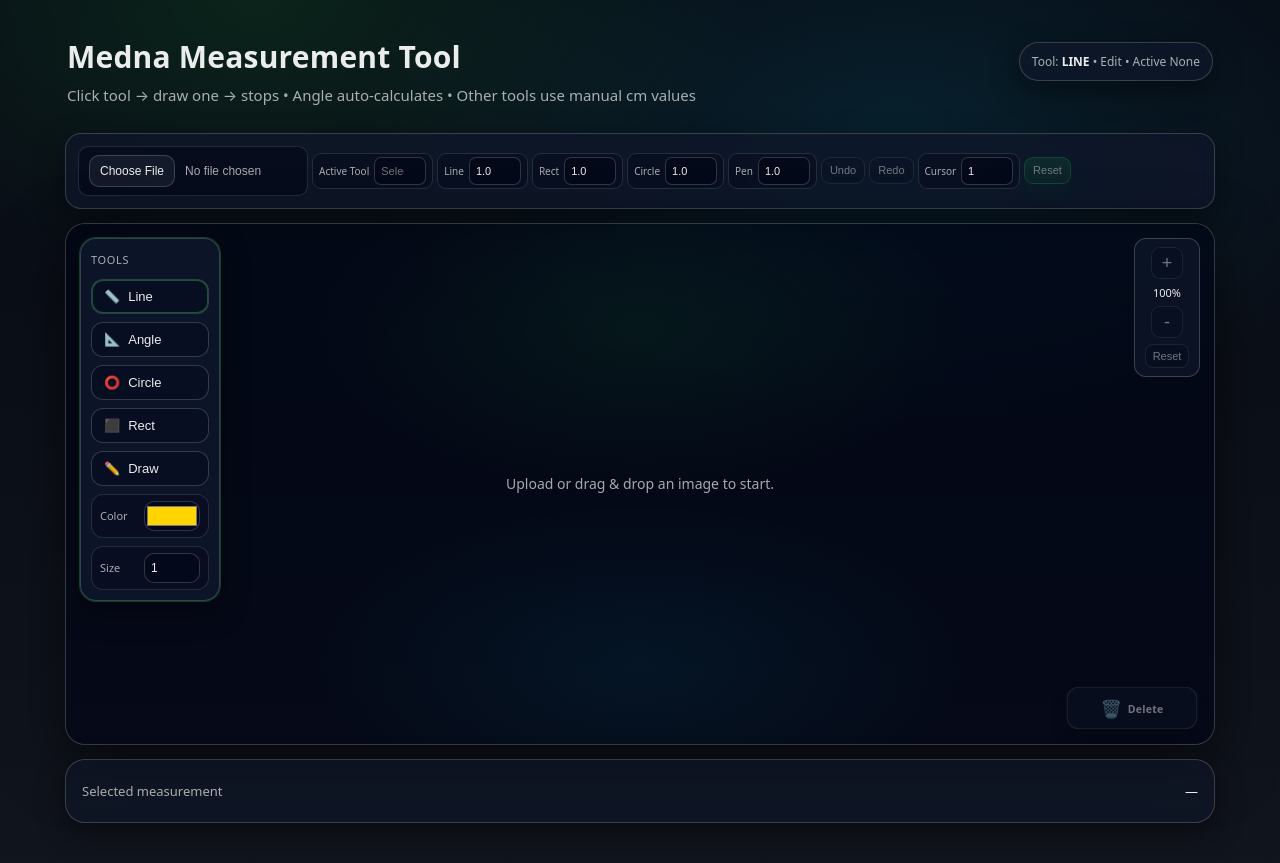
Repository: Sumaiya43/medna-tools
Page: /
An editor plug-in stored every save of this project. The page is shown before and after the next save, followed by the edit.
The browser window is 1280 px wide. The pictures show the whole page.
The project was rebuilt for these pictures with package versions that can differ from the ones it lists, and the page was loaded fresh each time. The framework's server and built-in components were replaced by stand-ins that run in the browser. Also part of the build but not shown: next.config.mjs.

Above is the page before, as saved 2026-02-27 00:56:02.

### src/app/layout.js
import { Geist, Geist_Mono } from "next/font/google";
import "./globals.css";

const geistSans = Geist({
  variable: "--font-geist-sans",
  subsets: ["latin"],
});

const geistMono = Geist_Mono({
  variable: "--font-geist-mono",
  subsets: ["latin"],
});

export const metadata = {
  title: "Medna Medical Equipment",
  description:
    "Medna Medical Equipment is a leading provider of high-quality medical equipment and supplies. We offer a wide range of products to meet the needs of healthcare professionals and institutions. Our commitment to excellence and customer satisfaction sets us apart in the industry.",
};

export default function RootLayout({ children }) {
  return (
    <html lang="en">
      <body className={`${geistSans.variable} ${geistMono.variable}`}>
        {children}
      </body>
    </html>
  );
}

### src/app/globals.css
:root {
  --background: #ffffff;
  --foreground: #171717;
}

@media (prefers-color-scheme: dark) {
  :root {
    --background: #f2efef;
    --foreground: #090808;
  }
}

html,
body {
  max-width: 100vw;
  overflow-x: hidden;
}

body {
  color: var(--foreground);
  background: var(--background);
  font-family: Arial, Helvetica, sans-serif;
  -webkit-font-smoothing: antialiased;
  -moz-osx-font-smoothing: grayscale;
}

* {
  box-sizing: border-box;
  padding: 0;
  margin: 0;
}

a {
  color: inherit;
  text-decoration: none;
}

@media (prefers-color-scheme: dark) {
  html {
    color-scheme: dark;
  }
}

### src/app/page.module.css
/* page.module.css */

:root {
  --bg: #070b14;
  --panel: rgba(15, 23, 42, 0.78);
  --panel2: rgba(15, 23, 42, 0.58);
  --stroke: rgba(255, 255, 255, 0.12);
  --stroke2: rgba(255, 255, 255, 0.18);
  --text: rgba(255, 255, 255, 0.92);
  --muted: rgba(255, 255, 255, 0.65);
  --muted2: rgba(255, 255, 255, 0.5);
  --accent: #2bff5a;
  --accent2: #00d1ff;
  --shadow: 0 18px 60px rgba(0, 0, 0, 0.55);
  --shadow2: 0 10px 30px rgba(0, 0, 0, 0.45);
  --r12: 12px;
  --r16: 16px;
  --r20: 20px;
}

.main {
  min-height: 100vh;
  padding: 28px 18px 40px;
  background:
    radial-gradient(
      900px 500px at 70% 15%,
      rgba(0, 209, 255, 0.1),
      transparent 60%
    ),
    radial-gradient(
      900px 500px at 20% 0%,
      rgba(43, 255, 90, 0.1),
      transparent 55%
    ),
    linear-gradient(180deg, rgba(7, 11, 20, 1), rgba(7, 11, 20, 0.96));
  color: var(--text);
  font-family:
    ui-sans-serif,
    system-ui,
    -apple-system,
    "Segoe UI",
    Roboto,
    Arial,
    "Noto Sans";
}

.header {
  max-width: 1150px;
  margin: 0 auto 18px;
  display: flex;
  align-items: flex-start;
  justify-content: space-between;
  gap: 12px;
  padding: 8px 2px;
}

.title {
  margin: 0;
  font-size: 30px;
  font-weight: 700;
  letter-spacing: 0.2px;
}

.subtitle {
  margin: 8px 0 0;
  font-size: 15px;
  color: var(--muted);
  line-height: 1.45;
}

.badge {
  padding: 10px 12px;
  margin-top: 6px;
  border-radius: 999px;
  background: rgba(15, 23, 42, 0.72);
  border: 1px solid var(--stroke2);
  box-shadow: var(--shadow2);
  font-size: 12px;
  color: var(--muted);
  white-space: nowrap;
}

.badge b {
  color: var(--text);
}

.measureBar {
  max-width: 1150px;
  margin: 0 auto 14px;
  display: grid;
  grid-auto-flow: column;
  grid-auto-columns: max-content;
  gap: 4px;
  align-items: center;
  padding: 12px;
  border-radius: var(--r16);
  background: var(--panel);
  border: 1px solid var(--stroke2);
  box-shadow: var(--shadow2);
  backdrop-filter: blur(8px);
  overflow-x: auto;
  overflow-y: hidden;
  white-space: nowrap;
}

.measureBar > * {
  flex: 0 0 auto;
}

.measureBar .spacer {
  display: none;
}

/* keep upload as-is; compress all other controls in the measure bar */
.measureBar .btnPrimary,
.measureBar .btnGhost {
  padding: 7px 8px;
  border-radius: 9px;
  font-size: 11px;
  gap: 5px;
  white-space: nowrap;
}

.measureBar .label {
  min-width: 0 !important;
  gap: 5px;
  font-size: 10px;
  padding: 3px 6px;
  border-radius: 9px;
  white-space: nowrap;
}

.measureBar .smallInput {
  height: 28px;
  width: 52px;
  padding: 0 6px;
  border-radius: 7px;
  font-size: 11px;
}

.toolRailOverlay {
  position: absolute;
  left: 14px;
  top: 14px;
  z-index: 4;
  border-radius: var(--r16);
  background: rgba(15, 23, 42, 0.86);
  border: 1px solid var(--stroke2);
  box-shadow: var(--shadow2);
  backdrop-filter: blur(8px);
  padding: 10px;
  display: flex;
  flex-direction: column;
  gap: 8px;
  transition: width 0.18s ease;
}

.toolRailExpanded {
  width: 140px;
}

.toolRailCollapsed {
  width: 66px;
}

.toolRailCollapsed .toolBtn {
  justify-content: center;
  padding-left: 0;
  padding-right: 0;
}

.toolRailPinned {
  box-shadow:
    0 0 0 1px rgba(43, 255, 90, 0.25),
    var(--shadow2);
}

.railHeader {
  display: flex;
  align-items: center;
  justify-content: space-between;
  gap: 8px;
}

.railTitle {
  font-size: 11px;
  color: var(--muted);
  text-transform: uppercase;
  letter-spacing: 0.06em;
}

.railActions {
  display: flex;
  gap: 4px;
  opacity: 0;
  transform: translateY(-3px);
  pointer-events: none;
  transition:
    opacity 0.14s ease,
    transform 0.14s ease;
}

.toolRailOverlay:hover .railActions,
.toolRailOverlay:focus-within .railActions {
  opacity: 1;
  transform: translateY(0);
  pointer-events: auto;
}

.railBtn {
  width: 22px;
  height: 22px;
  border-radius: 8px;
  border: 1px solid var(--stroke2);
  background: rgba(2, 6, 23, 0.55);
  color: var(--text);
  font-size: 11px;
  cursor: pointer;
}

.railBtnActive {
  border-color: rgba(43, 255, 90, 0.6);
  background: rgba(43, 255, 90, 0.14);
}

.railBtnDanger {
  border-color: rgba(239, 68, 68, 0.6);
  background: rgba(127, 29, 29, 0.45);
  color: rgba(255, 226, 226, 0.98);
}

.railBtnDanger:hover {
  background: rgba(239, 68, 68, 0.24);
  border-color: rgba(248, 113, 113, 0.9);
}

.railExpandBtn {
  transition: transform 0.16s ease;
}

.railExpandOpen {
  transform: rotate(90deg);
}

.railShowBtn {
  position: absolute;
  top: 14px;
  left: 14px;
  z-index: 4;
  border-radius: 10px;
  border: 1px solid var(--stroke2);
  background: rgba(15, 23, 42, 0.84);
  color: var(--text);
  font-size: 12px;
  padding: 8px 10px;
  cursor: pointer;
}

.toolRailOverlay .label {
  width: 100%;
  justify-content: space-between;
  font-size: 11px;
  gap: 6px;
  padding: 6px 8px;
}

.toolRailOverlay .smallInput {
  min-width: 56px;
  width: 56px;
  height: 30px;
  padding: 0 6px;
  font-size: 12px;
}

.toolBtn {
  width: 100%;
  justify-content: flex-start;
}

.toolBtnActive {
  border-color: rgba(43, 255, 90, 0.65);
  background: rgba(43, 255, 90, 0.14);
  box-shadow: inset 0 0 0 1px rgba(43, 255, 90, 0.3);
}

.upload {
  max-width: 230px;
  color: var(--muted);
  font-size: 12px;
  padding: 8px 10px;
  border-radius: 10px;
  background: rgba(2, 6, 23, 0.55);
  border: 1px solid var(--stroke);
  outline: none;
}

.upload::file-selector-button {
  border: 1px solid var(--stroke2);
  background: rgba(255, 255, 255, 0.06);
  color: var(--text);
  padding: 8px 10px;
  border-radius: 10px;
  margin-right: 10px;
  cursor: pointer;
  transition:
    transform 0.12s ease,
    background 0.12s ease,
    border-color 0.12s ease;
}

.upload::file-selector-button:hover {
  background: rgba(255, 255, 255, 0.1);
  border-color: rgba(255, 255, 255, 0.25);
  transform: translateY(-1px);
}

.spacer {
  flex: 1;
}

.btnPrimary,
.btnGhost {
  border-radius: 12px;
  padding: 10px 12px;
  font-size: 13px;
  cursor: pointer;
  user-select: none;
  transition:
    transform 0.12s ease,
    background 0.12s ease,
    border-color 0.12s ease,
    box-shadow 0.12s ease;
  display: inline-flex;
  align-items: center;
  gap: 8px;
  line-height: 1;
  white-space: nowrap;
}

.btnPrimary {
  border: 1px solid rgba(43, 255, 90, 0.35);
  background: linear-gradient(
    180deg,
    rgba(43, 255, 90, 0.2),
    rgba(43, 255, 90, 0.1)
  );
  color: var(--text);
  box-shadow: 0 10px 28px rgba(43, 255, 90, 0.1);
}

.btnPrimary:hover {
  transform: translateY(-1px);
  border-color: rgba(43, 255, 90, 0.55);
  box-shadow: 0 14px 34px rgba(43, 255, 90, 0.16);
}

.btnGhost {
  border: 1px solid var(--stroke2);
  background: rgba(2, 6, 23, 0.35);
  color: var(--text);
}

.btnGhost:hover {
  transform: translateY(-1px);
  background: rgba(255, 255, 255, 0.06);
  border-color: rgba(255, 255, 255, 0.28);
}

.btnPrimary:disabled,
.btnGhost:disabled {
  opacity: 0.45;
  cursor: not-allowed;
  transform: none;
}

.label {
  display: inline-flex;
  min-width: 0 !important;
  align-items: center;
  gap: 8px;
  font-size: 12px;
  color: var(--muted);
  padding: 6px 10px;
  border-radius: 12px;
  background: rgba(2, 6, 23, 0.32);
  border: 1px solid var(--stroke);
}

.smallInput {
  height: 34px;
  padding: 0 10px;
  border-radius: 10px;
  border: 1px solid var(--stroke2);
  background: rgba(2, 6, 23, 0.55);
  color: var(--text);
  outline: none;
  font-size: 13px;
}

.smallInput:focus {
  border-color: rgba(43, 255, 90, 0.45);
  box-shadow: 0 0 0 4px rgba(43, 255, 90, 0.08);
}

.smallInput[type="color"] {
  padding: 0;
  width: 44px;
  /* min-width: 44px; */
}

.label input[type="checkbox"] {
  width: 18px;
  height: 18px;
  accent-color: var(--accent);
}

.canvasShell {
  max-width: 1150px;
  margin: 0 auto 14px;
  border-radius: var(--r20);
  overflow: hidden;
  border: 1px solid var(--stroke2);
  background: rgba(2, 6, 23, 0.35);
  box-shadow: var(--shadow);
  position: relative;
}

.canvas {
  width: 100%;
  height: 520px;
  display: block;
  cursor:
    url("data:[embedded picture, 352 characters]")
      14 14,
    crosshair;
  background: transparent;
}

.empty {
  position: absolute;
  inset: 0;
  display: grid;
  place-items: center;
  text-align: center;
  color: var(--muted);
  font-size: 14px;
  padding: 18px;
  background:
    radial-gradient(
      600px 300px at 50% 20%,
      rgba(43, 255, 90, 0.06),
      transparent 55%
    ),
    radial-gradient(
      600px 300px at 50% 85%,
      rgba(0, 209, 255, 0.06),
      transparent 55%
    ),
    rgba(2, 6, 23, 0.45);
}

.zoomColumn {
  position: absolute;
  top: 14px;
  right: 14px;
  z-index: 4;
  display: flex;
  flex-direction: column;
  align-items: center;
  gap: 6px;
  padding: 8px;
  border-radius: 12px;
  background: rgba(15, 23, 42, 0.7);
  border: 1px solid rgba(255, 255, 255, 0.2);
  backdrop-filter: blur(8px);
}

.zoomBtn,
.zoomResetBtn {
  border: 1px solid var(--stroke2);
  background: rgba(2, 6, 23, 0.55);
  color: var(--text);
  cursor: pointer;
}

.zoomBtn {
  width: 32px;
  height: 32px;
  border-radius: 9px;
  font-size: 18px;
  line-height: 1;
}

.zoomResetBtn {
  border-radius: 8px;
  padding: 5px 7px;
  font-size: 11px;
}

.zoomValue {
  min-width: 48px;
  text-align: center;
  font-size: 11px;
  color: var(--text);
}

.zoomBtn:disabled,
.zoomResetBtn:disabled {
  opacity: 0.45;
  cursor: not-allowed;
}

.dropHint {
  position: absolute;
  inset: 0;
  display: grid;
  place-items: center;
  background: rgba(7, 11, 20, 0.58);
  border: 2px dashed rgba(255, 255, 255, 0.35);
  color: rgba(255, 255, 255, 0.95);
  font-size: 16px;
  font-weight: 600;
  letter-spacing: 0.02em;
}

.trashBin {
  position: absolute;
  right: 14px;
  bottom: 14px;
  transform: scale(0.96);
  min-width: 136px;
  height: 44px;
  padding: 0 12px;
  border-radius: 12px;
  border: 1px solid rgba(255, 255, 255, 0.18);
  background: rgba(15, 23, 42, 0.62);
  box-shadow: 0 8px 18px rgba(0, 0, 0, 0.28);
  color: rgba(255, 255, 255, 0.82);
  display: flex;
  align-items: center;
  justify-content: center;
  gap: 6px;
  pointer-events: none;
  opacity: 0.52;
  transition:
    transform 0.16s ease,
    opacity 0.16s ease,
    border-color 0.16s ease,
    background 0.16s ease;
  z-index: 3;
}

.trashBinActive {
  opacity: 0.86;
  transform: scale(1);
  border-color: rgba(239, 68, 68, 0.45);
  animation: trashPulse 1.4s ease-in-out infinite;
}

.trashBinHot {
  background: rgba(239, 68, 68, 0.78);
  border-color: rgba(255, 255, 255, 0.72);
  box-shadow: 0 12px 26px rgba(239, 68, 68, 0.24);
}

.trashIcon {
  font-size: 18px;
  line-height: 1;
}

.trashBinActive .trashIcon {
  animation: trashWiggle 0.55s ease-in-out infinite;
}

.trashText {
  font-size: 11px;
  font-weight: 600;
  letter-spacing: 0.02em;
}

@keyframes trashPulse {
  0% {
    box-shadow: 0 8px 18px rgba(0, 0, 0, 0.28);
  }
  50% {
    box-shadow: 0 10px 22px rgba(239, 68, 68, 0.2);
  }
  100% {
    box-shadow: 0 8px 18px rgba(0, 0, 0, 0.28);
  }
}

@keyframes trashWiggle {
  0% {
    transform: rotate(0deg);
  }
  25% {
    transform: rotate(-10deg);
  }
  50% {
    transform: rotate(10deg);
  }
  75% {
    transform: rotate(-8deg);
  }
  100% {
    transform: rotate(0deg);
  }
}

.panel {
  max-width: 1150px;
  margin: 0 auto;
  padding: 14px;
  border-radius: var(--r20);
  background: var(--panel2);
  border: 1px solid var(--stroke2);
  box-shadow: var(--shadow2);
  backdrop-filter: blur(8px);
}

.panelRow {
  display: flex;
  justify-content: space-between;
  gap: 12px;
  padding: 8px 2px;
}

.k {
  color: var(--muted);
  font-size: 13px;
}

.v {
  color: var(--text);
  font-size: 13px;
}

.divider {
  height: 1px;
  background: var(--stroke);
  margin: 10px 0 12px;
}

.panelGrid {
  display: grid;
  grid-template-columns: repeat(3, minmax(0, 1fr));
  gap: 12px;
}

.card {
  border-radius: var(--r16);
  padding: 12px;
  background: rgba(2, 6, 23, 0.35);
  border: 1px solid var(--stroke2);
}

.cardLabel {
  color: var(--muted);
  font-size: 12px;
}

.cardValue {
  margin-top: 6px;
  font-size: 18px;
  font-weight: 700;
  letter-spacing: 0.2px;
}

.cardSub {
  margin-top: 6px;
  color: var(--muted2);
  font-size: 12px;
  line-height: 1.35;
}

@media (max-width: 820px) {
  .toolRailOverlay {
    left: 10px;
    top: 10px;
  }

  .toolRailExpanded {
    width: 140px;
  }

  .canvas {
    height: 430px;
  }

  .panelGrid {
    grid-template-columns: 1fr;
  }

  .badge {
    display: none;
  }
}

Loaded but not shown: src/app/page.js (1848 lines, source omitted)

After the next save:
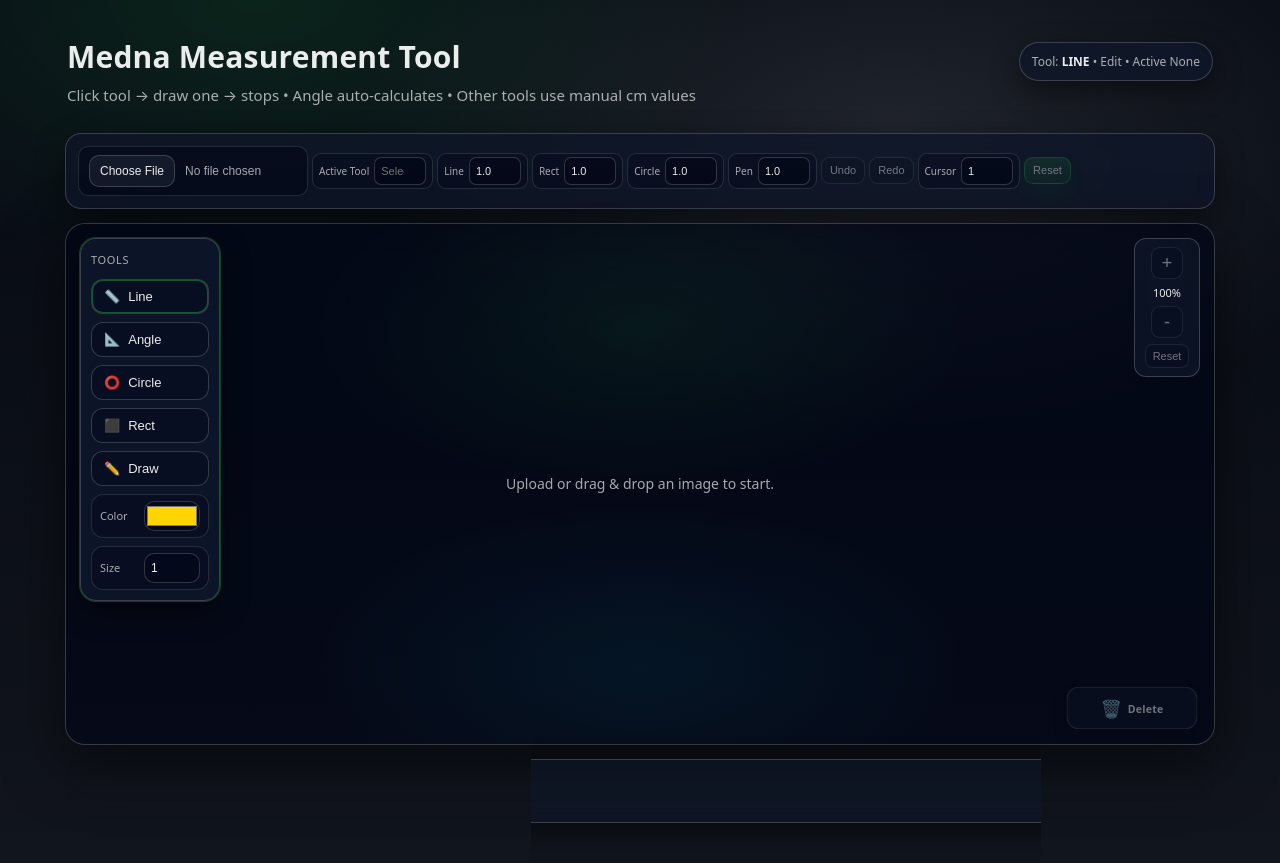
Saved 5 s later.
--- a/src/app/page.module.css
+++ b/src/app/page.module.css
@@ -24,7 +24,7 @@
   background:
     radial-gradient(
       900px 500px at 70% 15%,
-      rgba(0, 209, 255, 0.1),
+      rgba(239, 242, 243, 0.1),
       transparent 60%
     ),
     radial-gradient(

After the save that followed:
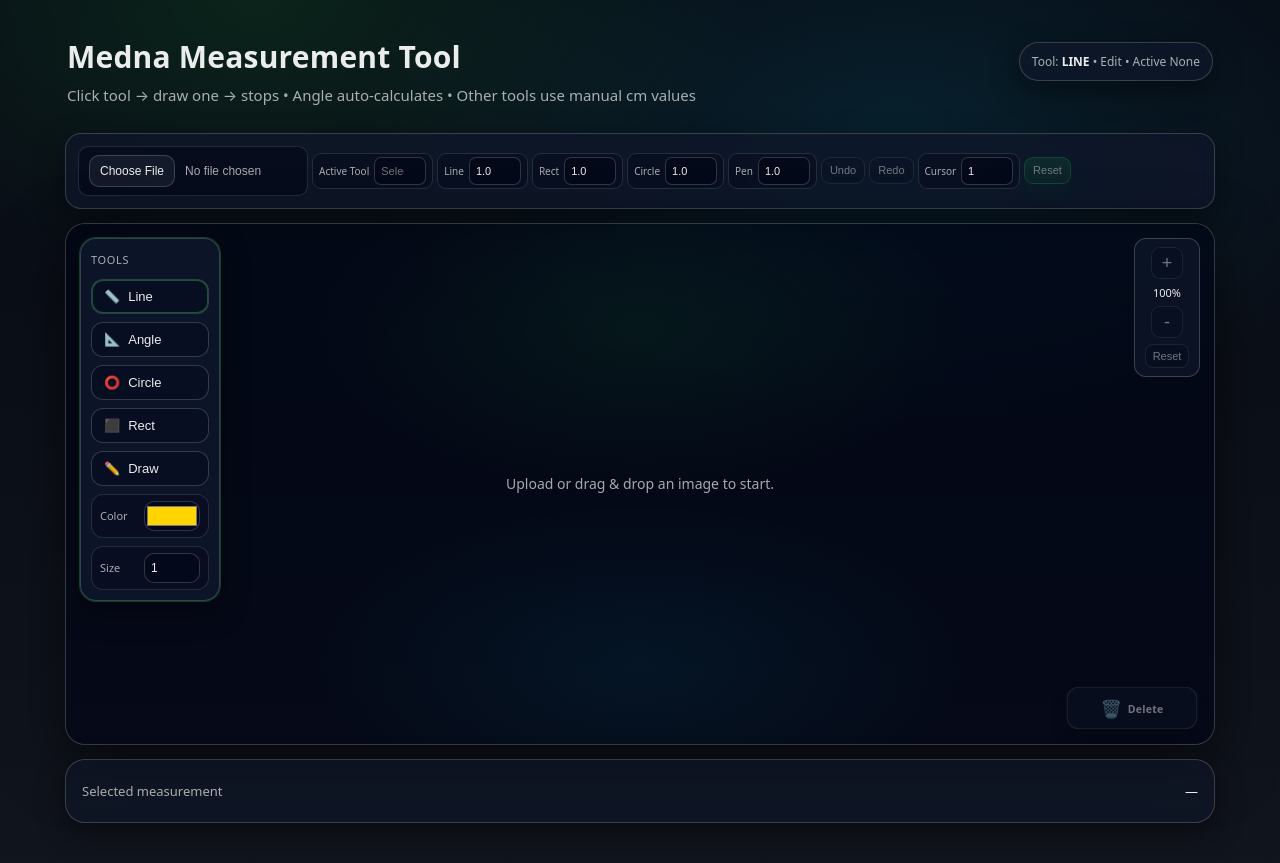
Saved 5 s later.
--- a/src/app/page.module.css
+++ b/src/app/page.module.css
@@ -24,7 +24,7 @@
   background:
     radial-gradient(
       900px 500px at 70% 15%,
-      rgba(239, 242, 243, 0.1),
+      rgba(0, 209, 255, 0.1),
       transparent 60%
     ),
     radial-gradient(
